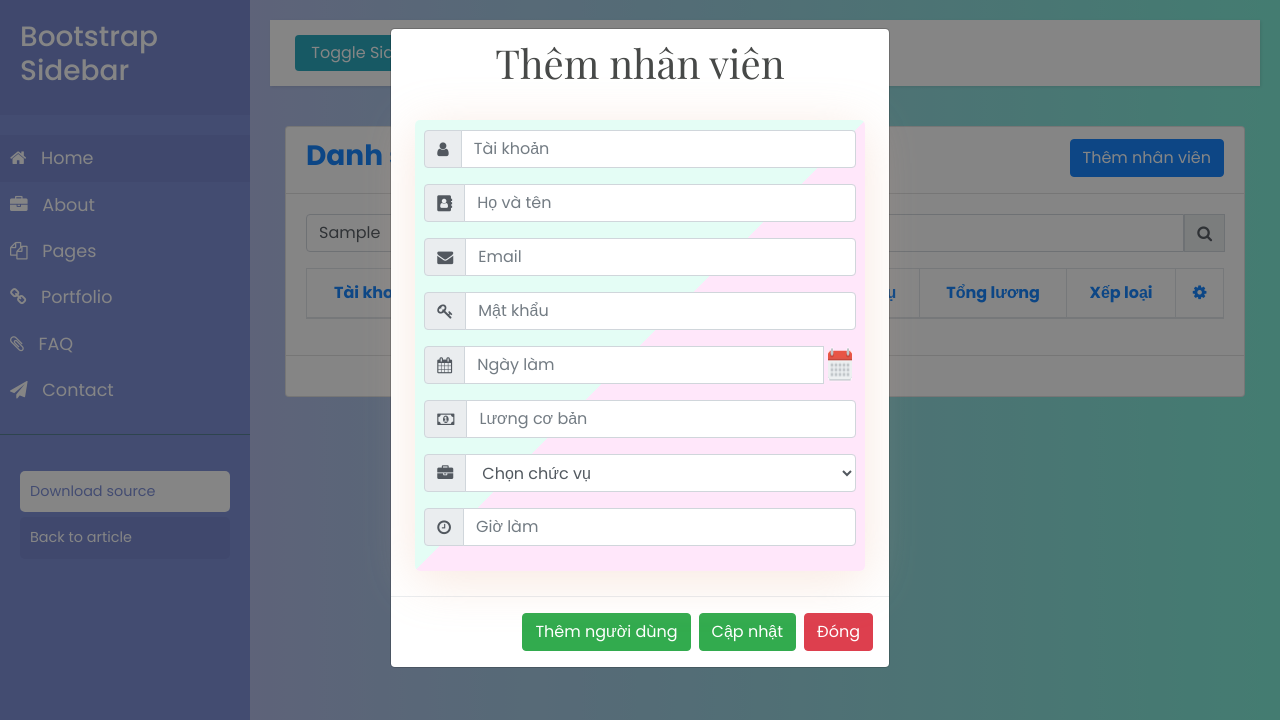
Repository: dovanthao2404/BC14_BaiTap_JS_Buoi_9-10
Page: index.html
An editor plug-in stored every save of this project. The page is shown before and after the next save, followed by the edit.
The browser window is 1280 px wide. The pictures show the whole page.
Empty fields were first filled with sample values (such as "Sample", 5 or name@example.com).
After loading, the first visible `#btnThem` was clicked once.
Some web fonts or font styles are not loaded; a fallback is used.

Above is the page before, as saved 2021-07-25 15:33:00.

### index.html
<!DOCTYPE html>
<html lang="en">

<head>
	<meta charset="UTF-8">
	<meta name="viewport" content="width=device-width, initial-scale=1.0">
	<title>Quản lý nhân viên</title>

	<!-- Font Awesome -->
	<link rel="stylesheet" href="https://cdnjs.cloudflare.com/ajax/libs/font-awesome/4.7.0/css/font-awesome.min.css">

	<!-- Bootstrap 4 -->
	<link rel="stylesheet" href="css/bootstrap.min.css">

	<!-- JQuery UI -->
	<link rel="stylesheet" href="css/jquery-ui.min.css">

	<!-- Animate -->
	<!-- <link rel="stylesheet" href="css/animate.css"> -->

	<!-- My CSS -->
	<link rel="stylesheet" href="css/modal.css">

	<link rel="stylesheet" href="css/style4.css">

	<link rel="stylesheet" type="text/css" href="css/main.css">
</head>

<body>

	<div class="wrapper">
		<!-- Sidebar Holder -->
		<nav id="sidebar">
			<div class="sidebar-header">
				<h3>Bootstrap Sidebar</h3>
				<strong>BS</strong>
			</div>

			<ul class="list-unstyled components">
				<li class="active">
					<a href="#homeSubmenu">
						<i class="fa fa-home"></i>
						Home
					</a>
				</li>
				<li>
					<a href="#">
						<i class="fa fa-briefcase"></i>
						About
					</a>
					<a href="#pageSubmenu">
						<i class="fa fa-files-o"></i>
						Pages
					</a>
				</li>
				<li>
					<a href="#">
						<i class="fa fa-link"></i>
						Portfolio
					</a>
				</li>
				<li>
					<a href="#">
						<i class="fa fa-paperclip"></i>
						FAQ
					</a>
				</li>
				<li>
					<a href="#">
						<i class="fa fa-paper-plane"></i>
						Contact
					</a>
				</li>
			</ul>

			<ul class="list-unstyled CTAs">
				<li><a href="https://bootstrapious.com/tutorial/files/sidebar.zip" class="download">Download source</a>
				</li>
				<li><a href="https://bootstrapious.com/p/bootstrap-sidebar" class="article">Back to article</a></li>
			</ul>
		</nav>

		<!-- Page Content Holder -->
		<div id="content">
			<nav class="navbar navbar-default">
				<div class="container-fluid">

					<div class="navbar-header">
						<button type="button" id="sidebarCollapse" class="btn btn-info navbar-btn">
							<i class="glyphicon glyphicon-align-left"></i>
							<span>Toggle Sidebar</span>
						</button>
					</div>

					<div class="collapse navbar-collapse" id="bs-example-navbar-collapse-1">
						<ul class="nav navbar-nav navbar-right">
							<li><a href="#">Page</a></li>
							<li><a href="#">Page</a></li>
							<li><a href="#">Page</a></li>
							<li><a href="#">Page</a></li>
						</ul>
					</div>
				</div>
			</nav>


			<div class="container">
				<div class="card text-center">
					<!-- Header -->
					<div class="card-header myCardHeader">
						<div class="row">
							<div class="col-md-6">
								<h3 class="text-left text-primary font-weight-bold">Danh sách nhân viên</h3>
							</div>
							<div class="col-md-6 text-right">
								<button class="btn btn-primary" id="btnThem" data-toggle="modal" data-target="#myModal">Thêm nhân
									viên</button>
							</div>
						</div>
					</div>

					<!-- Body -->
					<div class="card-body">
						<div class="row mb-3">
							<div class="col">
								<div class="input-group">
									<input type="text" class="form-control" placeholder="Loại nhân viên" id="searchName">
									<div class="input-group-prepend">
										<span class="input-group-text" id="btnTimNV"><i class="fa fa-search"></i></span>
									</div>
								</div>
							</div>
						</div>
						<table class="table table-bordered table-hover myTable">
							<thead class="text-primary">
								<tr>
									<th class="nowrap">
										<span class="mr-1">Tài khoản</span>
										<i class="fa fa-arrow-up" id="SapXepTang"></i>
										<i class="fa fa-arrow-down" id="SapXepGiam"></i>
									</th>
									<th>Họ và tên</th>
									<th>Email</th>
									<th>Ngày làm</th>
									<th>Chức vụ</th>
									<th>Tổng lương</th>
									<th>Xếp loại</th>
									<th><em class="fa fa-cog"></em></th>
								</tr>
							</thead>
							<tbody id="tableDanhSach">

							</tbody>
						</table>
					</div>

					<!-- Footer -->
					<div class="card-footer myCardFooter">
						<nav>
							<ul class="pagination justify-content-center" id="ulPhanTrang">

							</ul>
						</nav>
					</div>
				</div>
			</div>

		</div>
	</div>


	<!-- The Modal -->
	<div class="modal fade" id="myModal">
		<div class="modal-dialog">
			<div class="modal-content">

				<header class="head-form mb-0">
					<h2 id="header-title">Log In</h2>
				</header>

				<!-- Modal Header -->
				<!-- 	<div class="modal-header">
					<h4 class="modal-title" id="modal-title">Modal Heading</h4>
					<button type="button" class="close" data-dismiss="modal">&times;</button>
				</div> -->

				<!-- Modal body -->
				<div class="modal-body">

					<form role="form" id="formQLNV">

						<div class="form-group">
							<div class="input-group">
								<div class="input-group-prepend">
									<span class="input-group-text"><i class="fa fa-user"></i></span>
								</div>
								<input type="text" name="tk" rules="required|account|min:4|max:6" id="tknv"
									class="form-control input-sm" placeholder="Tài khoản">
							</div>
							<span class="sp-thongbao form-message text-danger" id="tbTKNV"></span>
						</div>

						<div class="form-group">
							<div class="input-group">
								<div class="input-group-prepend">
									<span class="input-group-text"><i class="fa fa-address-book"></i></span>
								</div>
								<input type="name" name="name" rules="required|stringVN" class="form-control input-sm"
									placeholder="Họ và tên">
							</div>
							<span class="sp-thongbao form-message text-danger" id="tbTen"></span>
						</div>

						<div class="form-group">
							<div class="input-group">
								<div class="input-group-prepend">
									<span class="input-group-text"><i class="fa fa-envelope"></i></span>
								</div>
								<input type="email" name="email" id="email" rules="required|email" class="form-control input-sm"
									placeholder="Email">
							</div>

							<span class="sp-thongbao form-message text-danger" id="tbEmail"></span>
						</div>

						<div class="form-group">
							<div class="input-group">
								<div class="input-group-prepend">
									<span class="input-group-text"><i class="fa fa-key"></i></span>
								</div>
								<input type="password" name="password" rules="required|password|min:6|max:10" id="password"
									class="form-control input-sm" placeholder="Mật khẩu">
							</div>
							<span class="sp-thongbao form-message text-danger" id="tbMatKhau"></span>
						</div>

						<div class="form-group">
							<div class="input-group">
								<div class="input-group-prepend">
									<span class="input-group-text"><i class="fa fa-calendar"></i></span>
								</div>
								<input type="text" name="ngaylam" rules="required|date" id="datepicker" class="form-control"
									placeholder="Ngày làm">
							</div>

							<span class="sp-thongbao form-message text-danger" id="tbNgay"></span>
						</div>

						<div class="form-group">
							<div class="input-group">
								<div class="input-group-prepend">
									<span class="input-group-text"><i class="fa fa-money" aria-hidden="true"></i></span>
								</div>
								<input type="text" name="luongCB" rules="required|number|minValue:1000000|maxValue:20000000"
									id="luongCB" class="form-control input-sm" placeholder="Lương cơ bản">
							</div>
							<span class="sp-thongbao form-message text-danger" id="tbLuongCB"></span>
						</div>
						<div class="form-group">
							<div class="input-group">
								<div class="input-group-prepend">
									<span class="input-group-text"><i class="fa fa-briefcase"></i></span>
								</div>
								<select class="form-control" name="chucvu" rules="requiredSL" id="chucvu">
									<option value="">Chọn chức vụ</option>
									<option value="Sếp">Sếp</option>
									<option value="Trưởng phòng">Trưởng phòng</option>
									<option value="Nhân viên">Nhân viên</option>
								</select>
							</div>

							<span class="sp-thongbao form-message text-danger" id="tbChucVu"></span>
						</div>
						<div class="form-group">
							<div class="input-group">
								<div class="input-group-prepend">
									<span class="input-group-text"><i class="fa fa-clock-o" aria-hidden="true"></i></span>
								</div>
								<input type="text" name="gioLam" rules="required|number|minValue:80|maxValue:200" id="gioLam"
									class="form-control input-sm" placeholder="Giờ làm">
							</div>
							<span class="sp-thongbao form-message text-danger" id="tbGiolam"></span>
						</div>

					</form>
				</div>

				<!-- Modal footer -->
				<div class="modal-footer" id="modal-footer">
					<button id="btnThemNV" type="button" class="btn btn-success btn-validator">Thêm người dùng</button>
					<button id="btnCapNhat" type="button" class="btn btn-success btn-validator">Cập nhật</button>
					<button id="btnDong" type="button" class="btn btn-danger" data-dismiss="modal">Đóng</button>
				</div>

			</div>
		</div>
	</div>

	<!-- Bootstrap -->
	<script src="js/jquery.min.js"></script>
	<script type="text/javascript" src="js/jquery.easing.min.js"></script>
	<script type="text/javascript" src="js/popper.min.js"></script>
	<script type="text/javascript" src="js/bootstrap.min.js"></script>

	<!-- Date Picker -->
	<!-- <script src="js/jquery-ui.min.js"></script> -->
	<script src="./js/jquery-ui.js"></script>
	<script src="js/datepicker.js"></script>

	<!-- Wow -->
	<!-- <script src="js/wow.min.js"></script>
	<script>
		new WOW().init();
	</script>  -->

	<!-- <script src="js/modal.js"></script> -->


	<script type="text/javascript">
		$(document).ready(function () {
			$('#sidebarCollapse').on('click', function () {
				$('#sidebar').toggleClass('active');
			});
		});
	</script>
	<script src="./js/Validator.js"></script>
	<script src="./js/Staff.js"></script>
	<script src="./js/StaffManager.js"></script>
	<script src="./js/main.js"></script>
</body>

</html>

### css/modal.css
/* Fonts Form Google Font ::- https://fonts.google.com/  -:: */
@import url('https://fonts.googleapis.com/css?family=Abel|Abril+Fatface|Alegreya|Arima+Madurai|Dancing+Script|Dosis|Merriweather|Oleo+Script|Overlock|PT+Serif|Pacifico|Playball|Playfair+Display|Share|Unica+One|Vibur');
/* End Fonts */
/* Start Global rules */
* {
    padding: 0;
    margin: 0;
    box-sizing: border-box;
}
/* End Global rules */

/* Start body rules */
body {
    background-image: linear-gradient(-225deg, #E3FDF5 0%, #FFE6FA 100%);
background-image: linear-gradient(to top, #a8edea 0%, #fed6e3 100%);
background-attachment: fixed;
  background-repeat: no-repeat;

    font-family: 'Vibur', cursive;
/*   the main font */
    font-family: 'Abel', sans-serif;
opacity: .95;
/* background-image: linear-gradient(to top, #d9afd9 0%, #97d9e1 100%); */
}



/* |||||||||||||||||||||||||||||||||||||||||||||*/
/* //////////////////////////////////////////// */




/* End body rules */

/* Start form  attributes */
form {
    width: 450px;
    /*min-height: 500px;*/
    height: auto;
    border-radius: 5px;
    margin: 2% auto;
    box-shadow: 0 9px 50px hsla(20, 67%, 75%, 0.31);
    padding: 2%;
    background-image: linear-gradient(-225deg, #E3FDF5 50%, #FFE6FA 50%);
}
/* form Container */
form .con {
    display: -webkit-flex;
    display: flex;

    -webkit-justify-content: space-around;
    justify-content: space-around;

    -webkit-flex-wrap: wrap;
    flex-wrap: wrap;

      margin: 0 auto;
}

/* the header form form */
header {
    margin: 2% auto 10% auto;
    text-align: center;
}
/* Login title form form */
header h2 {
    font-size: 250%;
    font-family: 'Playfair Display', serif;
    color: #3e403f;
}
/*  A welcome message or an explanation of the login form */
header p {letter-spacing: 0.05em;}



/* //////////////////////////////////////////// */
/* //////////////////////////////////////////// */


.input-item {
    background: #fff;
    color: #333;
    padding: 14.5px 0px 15px 9px;
    border-radius: 5px 0px 0px 5px;
}



/* Show/hide password Font Icon */
#eye {
    background: #fff;
    color: #333;

    margin: 5.9px 0 0 0;
    margin-left: -20px;
    padding: 15px 9px 19px 0px;
    border-radius: 0px 5px 5px 0px;

    float: right;
    position: relative;
    right: 1%;
    top: -.2%;
    z-index: 5;

    cursor: pointer;
}
/* inputs form  */
input[class="form-input"]{
    width: 240px;
    height: 50px;

    margin-top: 2%;
    padding: 15px;

    font-size: 16px;
    font-family: 'Abel', sans-serif;
    color: #5E6472;

    outline: none;
    border: none;

    border-radius: 0px 5px 5px 0px;
    transition: 0.2s linear;

}
input[id="txt-input"] {width: 250px;}
/* focus  */
input:focus {
    transform: translateX(-2px);
    border-radius: 5px;
}

/* //////////////////////////////////////////// */
/* //////////////////////////////////////////// */

/* input[type="text"] {min-width: 250px;} */
/* buttons  */

/* Submits */
.submits {
    width: 48%;
    display: inline-block;
    float: left;
    margin-left: 2%;
}

/*       Forgot Password button FAF3DD  */
.frgt-pass {background: transparent;}

/*     Sign Up button  */
.sign-up {background: #B8F2E6;}


/* buttons hover */
button:hover {
    transform: translatey(3px);
    box-shadow: none;
}

/* buttons hover Animation */
button:hover {
    animation: ani9 0.4s ease-in-out infinite alternate;
}
@keyframes ani9 {
    0% {
        transform: translateY(3px);
    }
    100% {
        transform: translateY(5px);
    }
}

### css/style4.css
/*
    DEMO STYLE
*/
@import "https://fonts.googleapis.com/css?family=Poppins:300,400,500,600,700";

body {
  font-family: "Poppins", sans-serif;
  background: #fafafa;
}

p {
  font-family: "Poppins", sans-serif;
  font-size: 1.1em;
  font-weight: 300;
  line-height: 1.7em;
  color: #999;
}

a,
a:hover,
a:focus {
  color: inherit;
  text-decoration: none;
  transition: all 0.3s;
}

.navbar {
  padding: 15px 10px;
  background: #fff;
  border: none;
  border-radius: 0;
  margin-bottom: 40px;
  box-shadow: 1px 1px 3px rgba(0, 0, 0, 0.1);
}

.navbar-btn {
  box-shadow: none;
  outline: none !important;
  border: none;
}

.line {
  width: 100%;
  height: 1px;
  border-bottom: 1px dashed #ddd;
  margin: 40px 0;
}

i {
  display: inline-block;
}

/* ---------------------------------------------------
    SIDEBAR STYLE
----------------------------------------------------- */
.wrapper {
  display: flex;
  align-items: stretch;
}

#sidebar {
  min-width: 250px;
  max-width: 250px;
  background: #7386d5;
  color: #fff;
  transition: all 0.3s;
}

#sidebar.active {
  min-width: 80px;
  max-width: 80px;
  text-align: center;
}

#sidebar.active .sidebar-header h3,
#sidebar.active .CTAs {
  display: none;
}

#sidebar.active .sidebar-header strong {
  display: block;
}

#sidebar ul li a {
  text-align: left;
}

#sidebar.active ul li a {
  padding: 20px 10px;
  text-align: center;
  font-size: 0.85em;
}

#sidebar.active ul li a i {
  margin-right: 0;
  display: block;
  font-size: 1.8em;
  margin-bottom: 5px;
}

#sidebar.active ul ul a {
  padding: 10px !important;
}

#sidebar.active a[aria-expanded="false"]::before,
#sidebar.active a[aria-expanded="true"]::before {
  top: auto;
  bottom: 5px;
  right: 50%;
  -webkit-transform: translateX(50%);
  -ms-transform: translateX(50%);
  transform: translateX(50%);
}

#sidebar .sidebar-header {
  padding: 20px;
  background: #6d7fcc;
}

#sidebar .sidebar-header strong {
  display: none;
  font-size: 1.8em;
}

#sidebar ul.components {
  padding: 20px 0;
  border-bottom: 1px solid #47748b;
}

#sidebar ul li a {
  padding: 10px;
  font-size: 1.1em;
  display: block;
}
#sidebar ul li a:hover {
  color: #7386d5;
  background: #fff;
}
#sidebar ul li a i {
  margin-right: 10px;
}

#sidebar ul li.active > a,
a[aria-expanded="true"] {
  color: #fff;
  background: #6d7fcc;
}

a[data-toggle="collapse"] {
  position: relative;
}

a[aria-expanded="false"]::before,
a[aria-expanded="true"]::before {
  content: "\e259";
  display: block;
  position: absolute;
  right: 20px;
  font-family: "Glyphicons Halflings";
  font-size: 0.6em;
}
a[aria-expanded="true"]::before {
  content: "\e260";
}

ul ul a {
  font-size: 0.9em !important;
  padding-left: 30px !important;
  background: #6d7fcc;
}

ul.CTAs {
  padding: 20px;
}

ul.CTAs a {
  text-align: center;
  font-size: 0.9em !important;
  display: block;
  border-radius: 5px;
  margin-bottom: 5px;
}

a.download {
  background: #fff;
  color: #7386d5;
}

a.article,
a.article:hover {
  background: #6d7fcc !important;
  color: #fff !important;
}

/* ---------------------------------------------------
    CONTENT STYLE
----------------------------------------------------- */
#content {
  padding: 20px;
  min-height: 100vh;
  transition: all 0.3s;
}

/* ---------------------------------------------------
    MEDIAQUERIES
----------------------------------------------------- */
@media (max-width: 768px) {
  #sidebar {
    min-width: 80px;
    max-width: 80px;
    text-align: center;
    margin-left: -80px !important ;
  }
  a[aria-expanded="false"]::before,
  a[aria-expanded="true"]::before {
    top: auto;
    bottom: 5px;
    right: 50%;
    -webkit-transform: translateX(50%);
    -ms-transform: translateX(50%);
    transform: translateX(50%);
  }
  #sidebar.active {
    margin-left: 0 !important;
  }

  #sidebar .sidebar-header h3,
  #sidebar .CTAs {
    display: none;
  }

  #sidebar .sidebar-header strong {
    display: block;
  }

  #sidebar ul li a {
    padding: 20px 10px;
  }

  #sidebar ul li a span {
    font-size: 0.85em;
  }
  #sidebar ul li a i {
    margin-right: 0;
    display: block;
  }

  #sidebar ul ul a {
    padding: 10px !important;
  }

  #sidebar ul li a i {
    font-size: 1.3em;
  }
  #sidebar {
    margin-left: 0;
  }
  #sidebarCollapse span {
    display: none;
  }
}

### css/main.css
/* .sp-thongbao {
  color: red;
  margin-left: 2px;
  display: none;
} */

#SapXepGiam {
  display: none;
}

#content {
  width: 100%;
  background: #74ebd5; /* fallback for old browsers */
  background: -webkit-linear-gradient(
    to right,
    #acb6e5,
    #74ebd5
  ); /* Chrome 10-25, Safari 5.1-6 */
  background: linear-gradient(
    to right,
    #acb6e5,
    #74ebd5
  ); /* W3C, IE 10+/ Edge, Firefox 16+, Chrome 26+, Opera 12+, Safari 7+ */
}

.myCardHeader,
.myCardFooter {
  background-color: transparent;
}

### js/Staff.js
/**
 * Mục đính: Quản lý các nghiệp vụ liên quan đến lớp nhân viên
 * Ngày tạo: 23/7/2021
 * Version: 1.0
 * Người tao: Đỗ Văn Thảo
 */

function Staff(account, fullName, email, password, startingDate, basicSalary, position, workingHours, totalSalary, classification
) {
  this.account = account,
    this.fullName = fullName,
    this.email = email,
    this.password = password,
    this.startingDate = startingDate,
    this.basicSalary = basicSalary,
    this.position = position,
    this.workingHours = workingHours,
    this.classification = classification,
    this.salary,
    this.arrayProperties = [this.account, this.fullName, this.email, this.password, this.startingDate, this.basicSalary, this.position, this.workingHours, this.classification]
}

Staff.prototype.staffAssessment = function () {
  var excellent = "Xuất sắc";
  var veryGood = "Giỏi";
  var good = "Khá";
  var ordinary = "Trung bình"
  if (this.workingHours >= 192) {
    this.classification = excellent;
  } else if (this.workingHours >= 176) {
    this.classification = veryGood;
  } else if (this.workingHours >= 160) {
    this.classification = good;
  } else {
    this.classification = ordinary;
  }
}

Staff.prototype.calculationOfSalary = function () {
  var boss = "Sếp";
  var headOfDepartment = "Trưởng phòng";
  var regularStaff = "Nhân viên";

  if (this.position === boss) {
    this.salary = this.basicSalary * 3;
  } else if (this.position === headOfDepartment) {
    this.salary = this.basicSalary * 2;
  } else {
    this.salary = this.basicSalary;
  }
}

### js/StaffManager.js
/**
 * Mục đính: Quản lý các nghiệp vụ liên quan đến lớp Quản lý nhân viên
 * Ngày tạo: 23/7/2021
 * Version: 1.0
 * Người tao: Đỗ Văn Thảo
 */



function StaffManager() {
  this.listStaff =
    JSON.parse(localStorage.getItem("listStaff")) || [];
}

StaffManager.prototype.start = function () {
  if (this.listStaff === []) return;

  this.listStaff = this.listStaff.map(function (staff) {
    return new Staff(
      staff.account,
      staff.fullName,
      staff.email,
      staff.password,
      staff.startingDate,
      staff.basicSalary,
      staff.position,
      staff.workingHours,
      staff.totalSalary,
      staff.classification
    )
  })
  this.calculationOfSalary();
}


StaffManager.prototype.saveLocalStorage = function () {
  localStorage.setItem("listStaff", JSON.stringify(this.listStaff));
}


StaffManager.prototype.addStaff = function (staff) {
  staff.calculationOfSalary();
  staff.staffAssessment();
  this.listStaff.push(staff);
  this.saveLocalStorage();
}

StaffManager.prototype.removeStaff = function (account) {
  this.listStaff = this.listStaff.filter(function (staff) {
    return staff.account !== account;
  })
  this.saveLocalStorage();
}

StaffManager.prototype.updateStaff = function (staff) {
  this.listStaff = this.listStaff.map(function (st) {
    if (st.maSV !== staff.maSV) {
      return st;
    }
    return staff;
  });

  this.saveLocalStorage();
}


StaffManager.prototype.calculationOfSalary = function () {
  for (var staff of this.listStaff) {
    staff.calculationOfSalary();
  }
}

StaffManager.prototype.staffAssessment = function () {
  for (var staff of this.listStaff) {
    staff.staffAssessment();
  }
}

StaffManager.prototype.findStaffByClassification = function (classification) {
  var staffTemp = this.listStaff.filter(function (staff, index) {
    classification = classification.trim().toLowerCase();
    var classificaitonStaff = staff.classification.toLowerCase().trim();
    return classificaitonStaff.includes(classification);
  })
  return staffTemp;
}

### js/main.js
var staffManager = new StaffManager();

new Validator("#formQLNV");

document.querySelector("#btnThem").addEventListener("click", function () {
  updateForm();
  removeMessage();
  callModal("Thêm nhân viên", false, 1);
})

function updateForm() {
  var inputs = document.querySelectorAll("[name][rules]");
  var lengthInputs = inputs.length;
  for (var i = 0; i < lengthInputs; i++) {
    inputs[i].value = '';
  }
}
function getParent(element, selector) {
  while (element.parentElement) {
    if (element.parentElement.matches(selector)) {
      return element.parentElement;
    }
    element = element.parentElement;
  }
}

function removeMessage() {
  var inputs = document.querySelectorAll("[name][rules]");
  var lengthInputs = inputs.length;
  for (var i = 0; i < lengthInputs; i++) {
    var formGroup = getParent(inputs[i], ".form-group");
    var messageElement = formGroup.querySelector(".form-message");
    messageElement.innerText = "";
  }
}

function callModal(title, readonly, type) {
  document.querySelector("#header-title").innerText = title;
  if (readonly) {
    document.querySelector("#tknv").setAttribute("disable", "");
  } else {
    document.querySelector("#tknv").removeAttribute("disable");
  }
}

Loaded but not shown: css/bootstrap.min.css (library); css/jquery-ui.min.css (library); js/jquery.min.js (library); js/jquery.easing.min.js (common file); js/popper.min.js (library); js/bootstrap.min.js (library); js/jquery-ui.js (library); js/datepicker.js (common file); js/Validator.js (248 lines, source omitted)

After the next save:
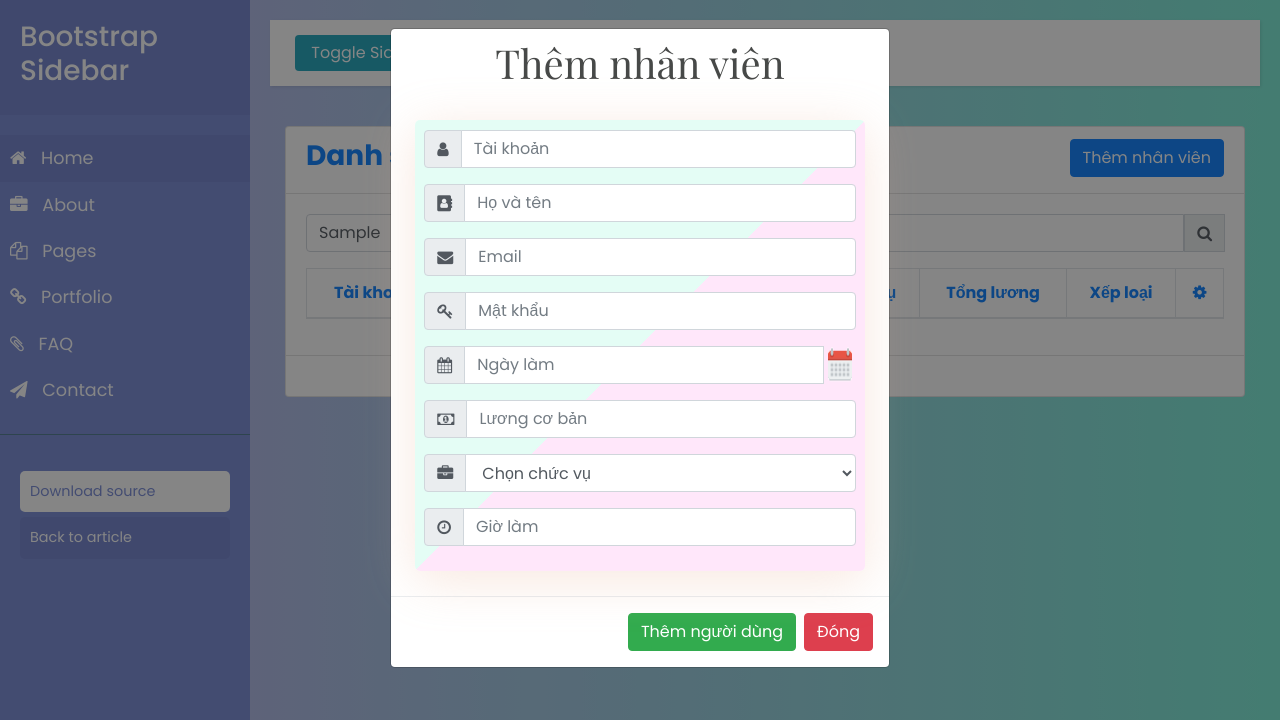
Saved 95 s later.
--- a/js/main.js
+++ b/js/main.js
@@ -41,4 +41,11 @@ function callModal(title, readonly, type) {
   } else {
     document.querySelector("#tknv").removeAttribute("disable");
   }
+  if (type === 1) {
+    document.querySelector("#btnThemNV").style.display = "block";
+    document.querySelector("#btnCapNhat").style.display = "none";
+  } else {
+    document.querySelector("#btnThemNV").style.display = "none";
+    document.querySelector("#btnCapNhat").style.display = "block";
+  }
 }
